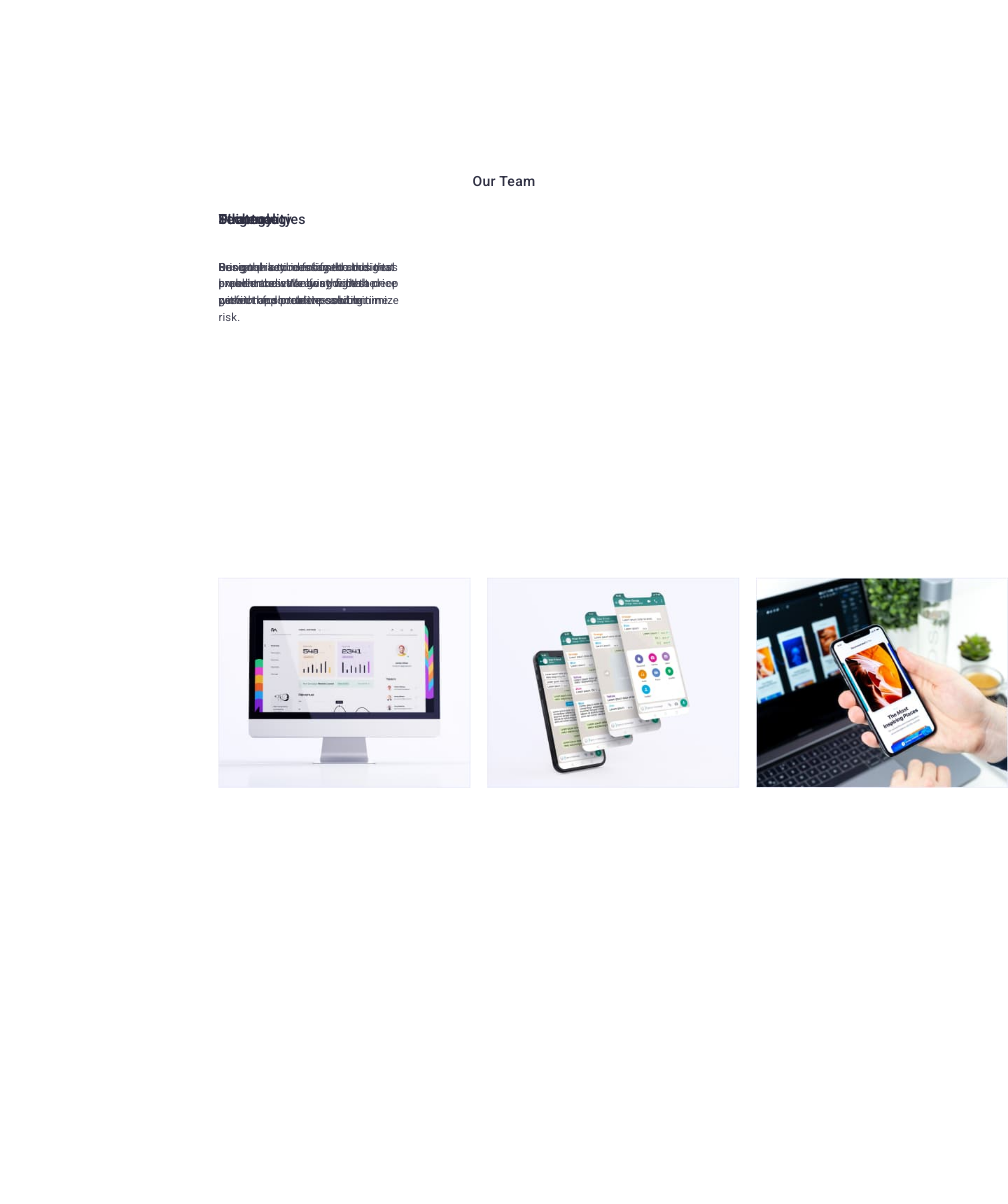
Repository: GrishchenkoNataliya/goit-markup-hw-02
Page: index.html
The author's editor kept a copy of each file at every save. The page is drawn from the files as they stood at one save, then again after the next save.
The browser window is 1280 px wide. The page is 1440 px wide, so the pictures cover 1440 px, including what lies to the right of the window. The pictures show the part of the page from y = 1319 to 3039 px (the page is 3740 px tall), at 70% of full size.

Above is the page before, as saved 2023-03-06 20:17:39.

After the next save:
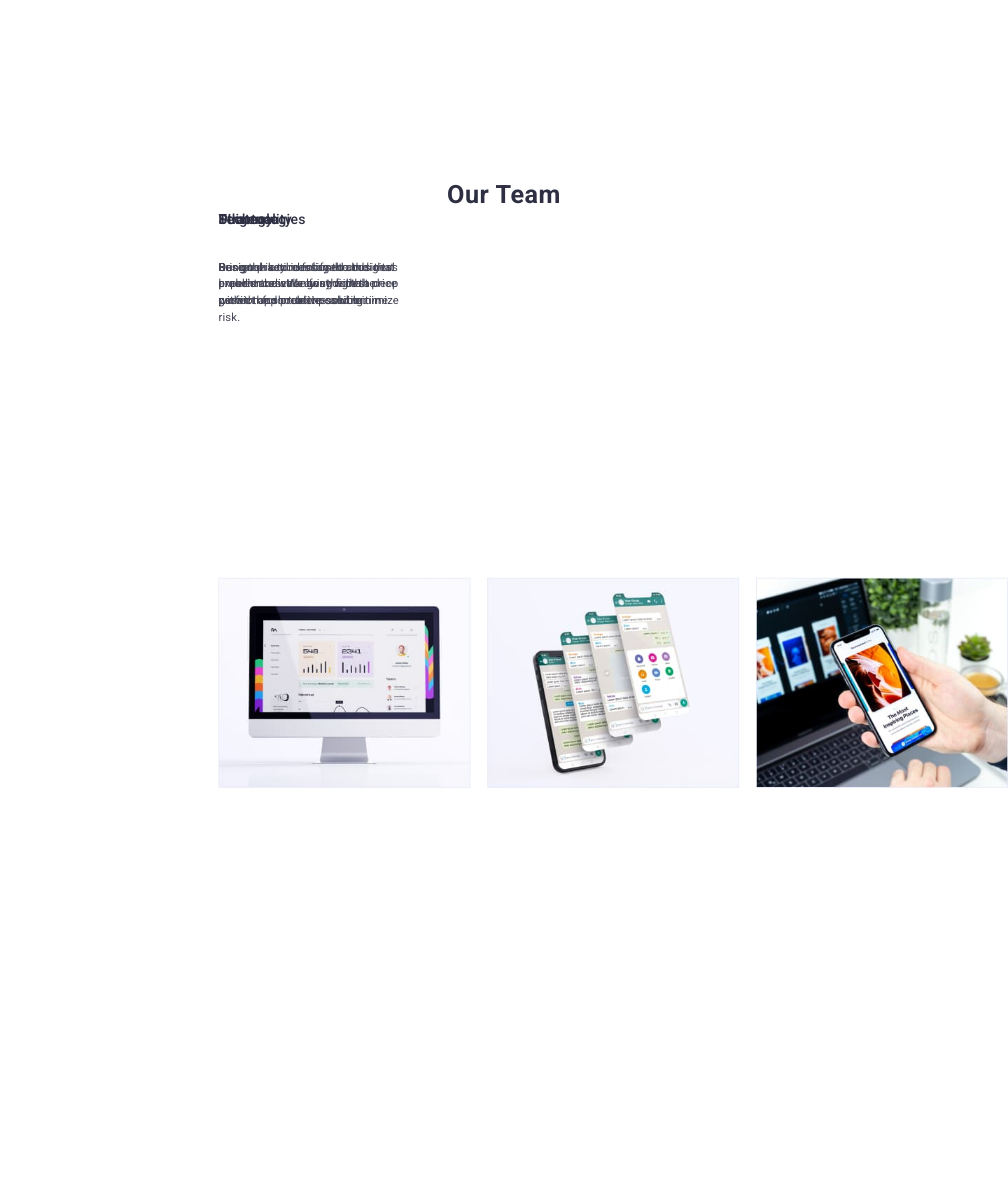
Saved 1 s later.
--- a/index.html
+++ b/index.html
@@ -130,7 +130,7 @@
       </section>
 
       <section class="feature3">
-        <h2 class="feature3-title">Our Team</h2>
+        <h2 class="feature3-title-h2">Our Team</h2>
         <ul class="feature3-list">
           <li class="feature3-item1">
             <img
@@ -139,7 +139,7 @@
               width="264"
               height="260"
             />
-            <h3 class="feature3-subtitle">Mark Guerrero</h3>
+            <h3 class="feature3-title">Mark Guerrero</h3>
             <p class="feature3-subtitle">Product Designer</p>
           </li>
           <li class="feature3-item2">
@@ -149,7 +149,7 @@
               width="264"
               height="260"
             />
-            <h3 class="feature3-subtitle">Tom Ford</h3>
+            <h3 class="feature3-title">Tom Ford</h3>
             <p class="feature3-subtitle">Frontend Developer</p>
           </li>
           <li class="feature3-item3">
@@ -159,7 +159,7 @@
               width="264"
               height="260"
             />
-            <h3 class="feature3-subtitle">Camila Garcia</h3>
+            <h3 class="feature3-title">Camila Garcia</h3>
             <p class="feature3-subtitle">Marketing</p>
           </li>
           <li class="feature3-item4">
@@ -169,7 +169,7 @@
               width="264"
               height="260"
             />
-            <h3 class="feature3-subtitle">Daniel Wilson</h3>
+            <h3 class="feature3-title">Daniel Wilson</h3>
             <p class="feature3-subtitle">UI Designer</p>
           </li>
         </ul>
